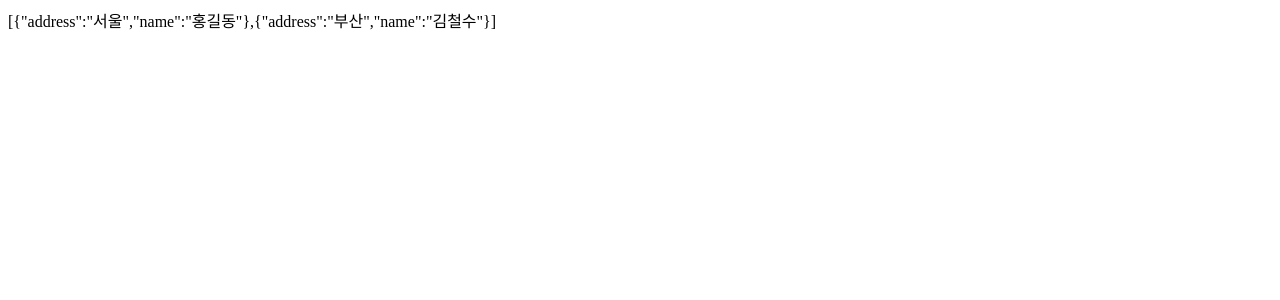
Repository: ssohee98/Web-Study
Page: http://localhost/JQuery/chap06/ajax01.jsp
These files come from the project's save history. The page is drawn as it stood at one moment and after the next save; the edit follows.
The browser window is 1280 px wide. The pictures show the whole page.
The page is served by Tomcat 9.

Above is the page before, as saved 2023-02-24 02:00:14.

### JQuery/WebContent/chap06/ajax01.jsp
<%@page import="kosa.Member"%>
<%@page import="net.sf.json.JSONArray"%>
<%@page import="java.util.ArrayList"%>
<%@page import="java.util.List"%>

<%@ page language="java" contentType="text/html; charset=EUC-KR"
    pageEncoding="EUC-KR"%>

<%
	Member m1 = new Member();
	m1.setName("홍길동");
	m1.setAddress("서울");

	Member m2 = new Member();
	m2.setName("김철수");
	m2.setAddress("부산");

	List<Member> list = new ArrayList<Member>();
	list.add(m1);
	list.add(m2);

	String str = JSONArray.fromObject(list).toString();
	out.print(str);

%>

### JQuery/src/kosa/Member.java
package kosa;

public class Member {
	private String name;
	private String address;

	public Member() {}

	public Member(String name, String address) {
		super();
		this.name = name;
		this.address = address;
	}

	public String getName() {
		return name;
	}

	public void setName(String name) {
		this.name = name;
	}

	public String getAddress() {
		return address;
	}

	public void setAddress(String address) {
		this.address = address;
	}


}

After the next save:
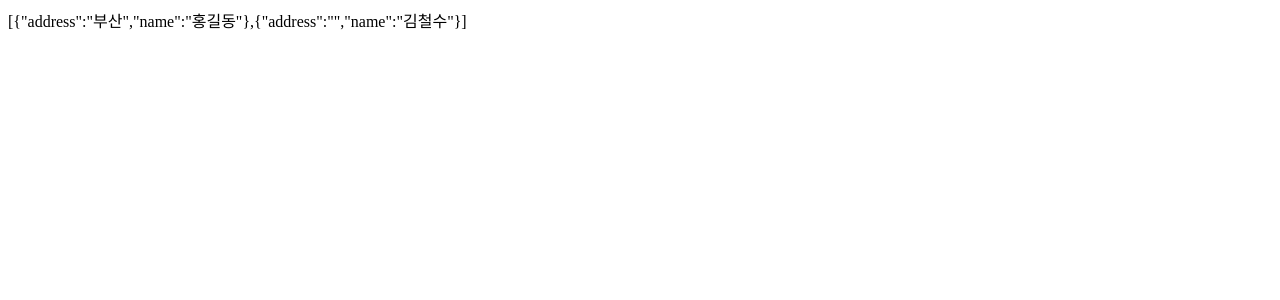
Saved 44 s later.
--- a/JQuery/WebContent/chap06/ajax01.jsp
+++ b/JQuery/WebContent/chap06/ajax01.jsp
@@ -13,7 +13,7 @@
 
 	Member m2 = new Member();
 	m2.setName("김철수");
-	m2.setAddress("부산");
+	m1.setAddress("부산");
 
 	List<Member> list = new ArrayList<Member>();
 	list.add(m1);
